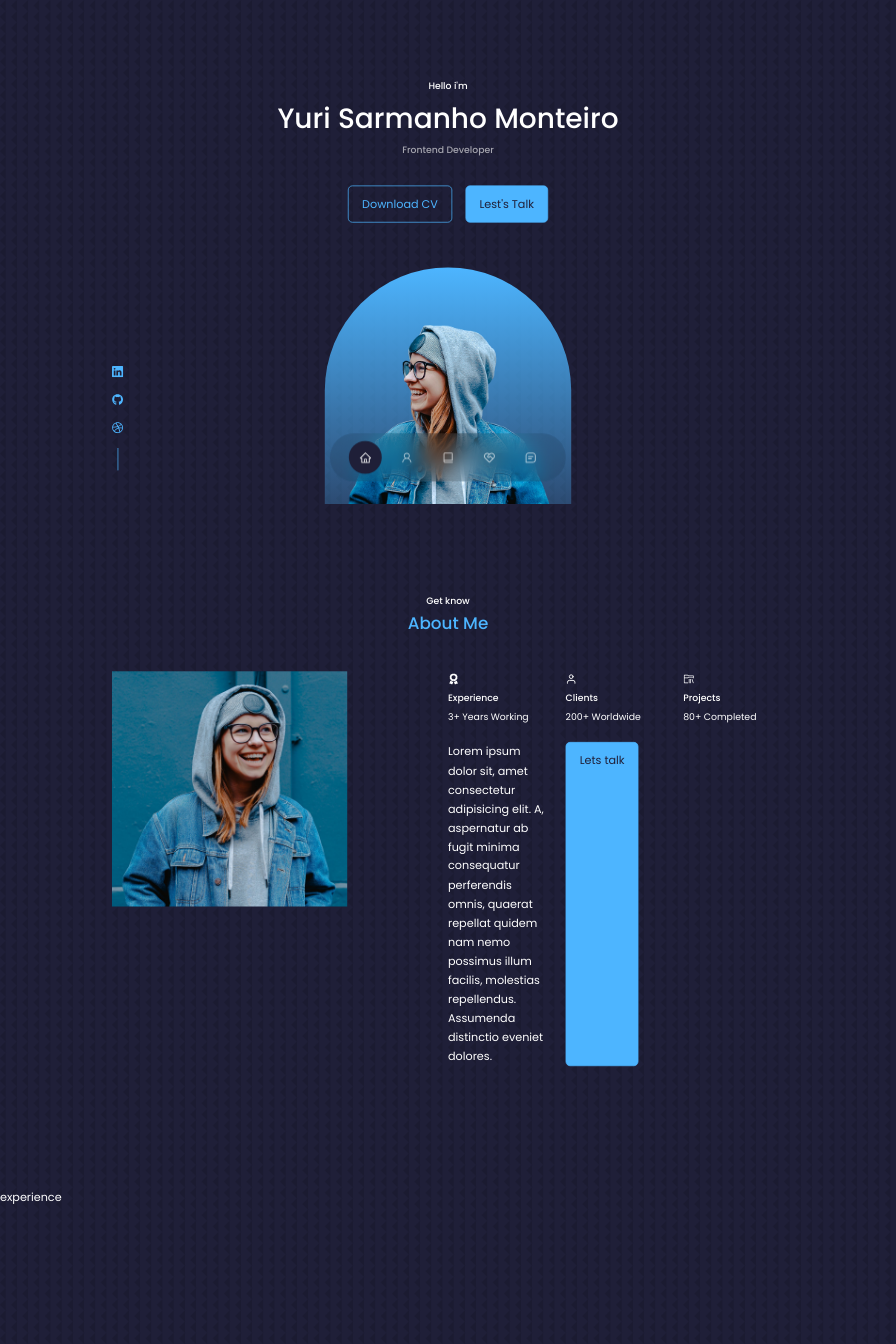
Repository: YuriSarmanho/Portifolio-
Page: / (app in portifolio/)
The author's editor kept a copy of each file at every save. The page is drawn from the files as they stood at one save, then again after a run of saves.
The browser window is 1280 px wide. The pictures show the part of the page from y = 0 to 1920 px (the page is 5835 px tall), at 70% of full size.
The project was rebuilt for these pictures with package versions that can differ from the ones it lists, and the page was loaded fresh each time. Also part of the build but not shown: portifolio/src/Components/Contact/Contact.css, portifolio/src/Components/Testimonials/Testimonials.css. Imported but missing from the stored project, and not drawn on this page: portifolio/src/assets/cv.pdf.

Above is the page before, as saved 2022-05-13 15:05:21.

### portifolio/public/index.html
<!DOCTYPE html>
<html lang="pt-br">
<head>
    <meta charset="UTF-8">
    <meta http-equiv="X-UA-Compatible" content="IE=edge">
    <meta name="viewport" content="width=device-width, initial-scale=1.0">
    <title>Yuri Sarmanho Monteiro</title>
</head>
<body>
    <div id="root"></div>
</body>
</html>

### portifolio/src/index.js
import ReactDOM from 'react-dom'
import App from './App'

ReactDOM.render(<App/>, document.querySelector("#root"))

### portifolio/src/App.jsx
import React from "react";
import './index.css'

import Header from "./Components/Header/Header";
import About from "./Components/About/About";
import Contact from "./Components/Contact/Contact";
import Experience from "./Components/Experience/Experience";
import Footer from "./Components/Footer/Footer";
import Nav from "./Components/Nav/Nav";
import Testimonials from "./Components/Testimonials/Testimonials";
import Service from "./Components/Service/Service";
import Portifolio from "./Components/Portifolio/Portifolio";



const App = () => {
  return (
    <>
      <Header />
      <Nav/>
      <About />
      <Experience/>
      <Service/>
      <Portifolio/>
      <Testimonials/>
      <Contact/>
      <Footer/>
    </>
  );
};

export default App;

### portifolio/src/index.css
@import url('https://fonts.googleapis.com/css2?family=Poppins:wght@300;400;500;600&display=swap');

* {
  margin: 0;
  padding: 0;
  border: 0;
  outline: 0;
  box-sizing: border-box;
  list-style: none;
  text-decoration: none;
}
:root {
  --color-bg: #1f1f38;
  --color-bg-variant: #2c2c6c;
  --color-primary: #4db5ff;
  --color-primary-variant: rgba(77, 181, 255, 0.4);
  --color-white: #fff;
  --color-light: rgba(255, 255, 255, 0.6);

  --transition: all 400ms ease;

  --container-width-lg: 75%;
  --container-width-md: 86%;
  --container-width-sm: 90%;
}
html {
  scroll-behavior: smooth;
}
::-webkit-scrollbar {
  display: none;
}

body {
  font-family: "Poppins", sans-serif;
  background-color: var(--color-bg);
  color: var(--color-white);
  line-height: 1.7;
  background-image: url(../src/assets/bg-texture.png);
}

.container {
  width: var(--container-width-lg);
  margin: 0 auto;
}

h1,
h2,
h3,
h4,
h5 {
  font-weight: 500;
}
h1 {
  font-size: 2.5rem;
}
section {
  margin-top: 8rem;
  height: 100vh;
}
section > h2,
section > h5 {
  text-align: center;
  color: var(--color-ligth);
}

section > h2 {
  color: var(--color-primary);
  margin-bottom: 3rem;
}

.text-light {
  color: var(--color-light);
}
a {
  color: var(--color-primary);
  transition: var(--transition);
}
a:hover{
    color: var(--color-white);
}
.btn{
    width: max-content;
    display: inline-block;
    color: var(--color-primary);
    padding: 0.75rem 1.2rem;
    border-radius: 0.4rem;
    cursor: pointer;
    border: 1px solid var(--color-primary);
    transition: var(--transition);
}

.btn:hover{
    background-color: var(--color-white);
    color: var(--color-bg);
    border: transparent;
}

.btn-primary{
    background-color: var(--color-primary);
    color: var(--color-bg);
}

img{
  display: block;
  width: 100%;
  object-fit: cover;
}

/*MEDIUM DEVICE*/
@media screen and (max-width:1024px){
    .container{
        width: var(--container-width-md);
    }
    section{
        margin-top: 6rem;
    }
}

/*SMALL DEVICE*/
@media screen and (max-width:600px){
    .container{
        width: var(--container-width-sm);
    }
    section > h2{
        margin-bottom: 2rem;
    }
}

### portifolio/src/Components/Header/Header.jsx
import React from 'react'
import CTA from './CTA'
import ME from '../../assets/me.png'
import HeaderSocials from './HeaderSocials'
import './Header.css'

const header = () => {
  return (
    <header>
      <div className="container header__container">
        <h5>Hello i'm</h5>
        <h1>Yuri Sarmanho Monteiro</h1>
        <h5 className="text-light">Frontend Developer</h5>
        <CTA />
        <HeaderSocials/>
        <div className="me">
          <img src={ME} alt="foto de perfil" />
        </div>
      </div>
    </header>
  )
}

export default header

### portifolio/src/Components/About/About.jsx
import React from "react";
import ME from "../../assets/me-about.jpg";
import { FaAward } from "react-icons/fa";
import { FiUser } from "react-icons/fi";
import { VscFolderLibrary } from "react-icons/vsc";
import "./About.css";

const About = () => {
  return (
    //refactor
    <section id="about">
      <h5>Get know</h5>
      <h2>About Me</h2>

      <div className="container about__container">
        <div className="about__me">
          <div className="about__me-image">
            <img src={ME} alt="minha foto" />
          </div>
        </div>

        <div className="about__content">
          <div className="about__cards">
            <article className="about__card">
              <FaAward className="about__icon" />
              <h5>Experience</h5>
              <small>3+ Years Working</small>
            </article>

            <article className="about__card">
              <FiUser className="about__icon" />
              <h5>Clients</h5>
              <small>200+ Worldwide</small>
            </article>

            <article className="about__card">
              <VscFolderLibrary className="about__icon" />
              <h5>Projects</h5>
              <small>80+ Completed</small>
            </article>
            <p>
              Lorem ipsum dolor sit, amet consectetur adipisicing elit. A,
              aspernatur ab fugit minima consequatur perferendis omnis, quaerat
              repellat quidem nam nemo possimus illum facilis, molestias
              repellendus. Assumenda distinctio eveniet dolores.
            </p>
            <a href="#contact" className="btn btn-primary">
              Lets talk
            </a>
          </div>
        </div>
      </div>
    </section>
  );
};

export default About;

### portifolio/src/Components/Contact/Contact.jsx
import React from 'react'
import './Contact.css'
const Contact = () => {
  return (
    <section id='contact'>Contact</section>
  )
}

export default Contact

### portifolio/src/Components/Experience/Experience.jsx
import React from 'react'

const experience = () => {
  return (
    <section id='experience'>experience</section>
  )
}

export default experience

### portifolio/src/Components/Nav/Nav.jsx
import React, { useState } from "react";
import { AiOutlineHome } from "react-icons/ai";
import { AiOutlineUser } from "react-icons/ai";
import { BiBookAlt } from "react-icons/bi";
import { RiServiceLine } from "react-icons/ri";
import { BiMessageSquareDetail } from "react-icons/bi";
import "./Nav.css";

const Nav = () => {
  const [activeNav, setActiveNav] = useState("#");
  //Refatorar essa parte dps que acabar o projeto
  return (
    <nav>
      <a
        href="#"
        onClick={() => setActiveNav("#")}
        className={activeNav === "#" ? "active" : ""}
      >
        <AiOutlineHome />
      </a>
      <a
        href="#about"
        onClick={() => setActiveNav("#about")}
        className={activeNav === "#about" ? "active" : ""}
      >
        <AiOutlineUser />
      </a>
      <a
        href="#experience"
        onClick={() => setActiveNav("#experience")}
        className={activeNav === "#experience" ? "active" : ""}
      >
        <BiBookAlt />
      </a>
      <a
        href="#service"
        onClick={() => setActiveNav("#service")}
        className={activeNav === "#service" ? "active" : ""}
      >
        <RiServiceLine />
      </a>
      <a
        href="#contact"
        onClick={() => setActiveNav("#contact")}
        className={activeNav === "#contact" ? "active" : ""}
      >
        <BiMessageSquareDetail />
      </a>
    </nav>
  );
};

export default Nav;

### portifolio/src/Components/Testimonials/Testimonials.jsx
import React from 'react'
import './Testimonials.css'
const Testimonials = () => {
  return (
    <section id='testimonials'>Testimonials</section>
  )
}

export default Testimonials

### portifolio/src/Components/Service/Service.jsx
import React from 'react'

const Service = () => {
  return (
    <section id='service'>Service</section>
  )
}

export default Service

### portifolio/src/Components/Portifolio/Portifolio.jsx
import React from 'react'
import './Portifolio.css'
const Portifolio = () => {
  return (
    <section>Portifolio</section>
  )
}

export default Portifolio

### portifolio/src/Components/Header/CTA.jsx
import React from 'react'
import CV from '../../assets/cv.pdf'
const CTA = () => {
  return (
    <div className="cta">
        <a href={CV} download className='btn'>Download CV</a>
        <a href='#contact' className='btn btn-primary'>Lest's Talk</a>
    </div>
  )
}

export default CTA

### portifolio/src/Components/Header/HeaderSocials.jsx
import React from 'react'
import {BsLinkedin} from 'react-icons/bs'
import {FaGithub} from 'react-icons/fa'
import {FaDribbble} from 'react-icons/fa'
import './Header.css'

const HeaderSocials  = () => {
  return (
      <div className="header__socials">
          <a href="http://linkedin.com" target="_blank"><BsLinkedin/></a>
          <a href="http://github.com" target="_blank"><FaGithub/></a>
          <a href="http://dribbble.com" target="_blank"><FaDribbble/></a>
      </div>
  )
}

export default HeaderSocials

### portifolio/src/Components/Header/Header.css
header {
  height: 100vh;
  padding-top: 7rem;
  overflow: hidden;
}

.header__container {
  text-align: center;
  height: 100%;
  position: relative;
}

.cta {
  margin-top: 2.5rem;
  display: flex;
  gap: 1.2rem;
  justify-content: center;
}
.header__socials {
  display: flex;
  flex-direction: column;
  align-items: center;
  gap: 0.8rem;
  position: absolute;
  left: 0;
  bottom: 3rem;
}

.header__socials::after {
  content: "";
  width: 1px;
  height: 2rem;
  background-color: var(--color-primary);
}

.me {
  background: linear-gradient(var(--color-primary), transparent);
  width: 22rem;
  height: 30rem;
  position: absolute;
  left: calc(50% - 11rem);
  margin-top: 4rem;
  border-radius: 12rem 12rem 0 0;
  overflow: hidden;
  padding: 5rem 1.5rem 1.5rem 1.5rem;
}

.scroll__down {
  position: absolute;
  right: -2.3rem;
  bottom: 5rem;
  transform: rotate(90deg);
  font-weight: 300;
  font-size: 0.9rem;
}

/*MEDIUM DEVICE*/
@media screen and (max-width: 1024px) {
  header {
    height: 68vh;
  }
}

/*SMALL DEVICE*/
@media screen and (max-width: 600px) {
  header {
    height: 100vh;
  }
  .header__socials,
  .scroll__down {
    display: none;
  }
}

### portifolio/src/Components/About/About.css
.about__container {
  display: grid;
  grid-template-columns: 35% 50%;
  gap: 15%;
}

.about__me {
  width: 100%;
  aspect-ratio: 1/1;
  border-radius: 2rem;
  background: linear-gradient(
    45deg,
    transparent,
    var(--color-primary),
    transparent
  );
  display: grid;
  place-content: center;
}

.aboutme__me-image {
  border-radius: 2rem;
  overflow: hidden;
  transform: rotate(10deg);
  transition: var(--transition);
}

.about__me-image:hover {
  transform: rotate(0);
}
.about__cards {
  display: grid;
  grid-template-columns: repeat(3, 1fr);
  gap: 1.5rem;
}

.about__card {
}

### portifolio/src/Components/Nav/Nav.css
nav {
  background-color: rgba(0, 0, 0, 0.1);
  width: max-content;
  display: block;
  padding: 0.7rem 1.7rem;
  z-index: 2;
  position: fixed;
  left: 50%;
  transform: translate(-50%);
  bottom: 2rem;
  display: flex;
  gap: 0.8rem;
  border-radius: 3rem;
  backdrop-filter: blur(15px);
}

nav a {
  background: transparent;
  padding: 0.9rem;
  border-radius: 50%;
  display: flex;
  color: var(--color-light);
  font-size: 1.1rem;
}

nav a:hover {
  background-color: rgba(0, 0, 0, 0.3);
}

nav a.active {
  background: var(--color-bg);
  color: var(--color-white);
}

Loaded but not shown: portifolio/src/Components/Footer/Footer.jsx (common file); portifolio/src/Components/Portifolio/Portifolio.css (no stored copy; drawn as an empty file)

After the next 5 saves:
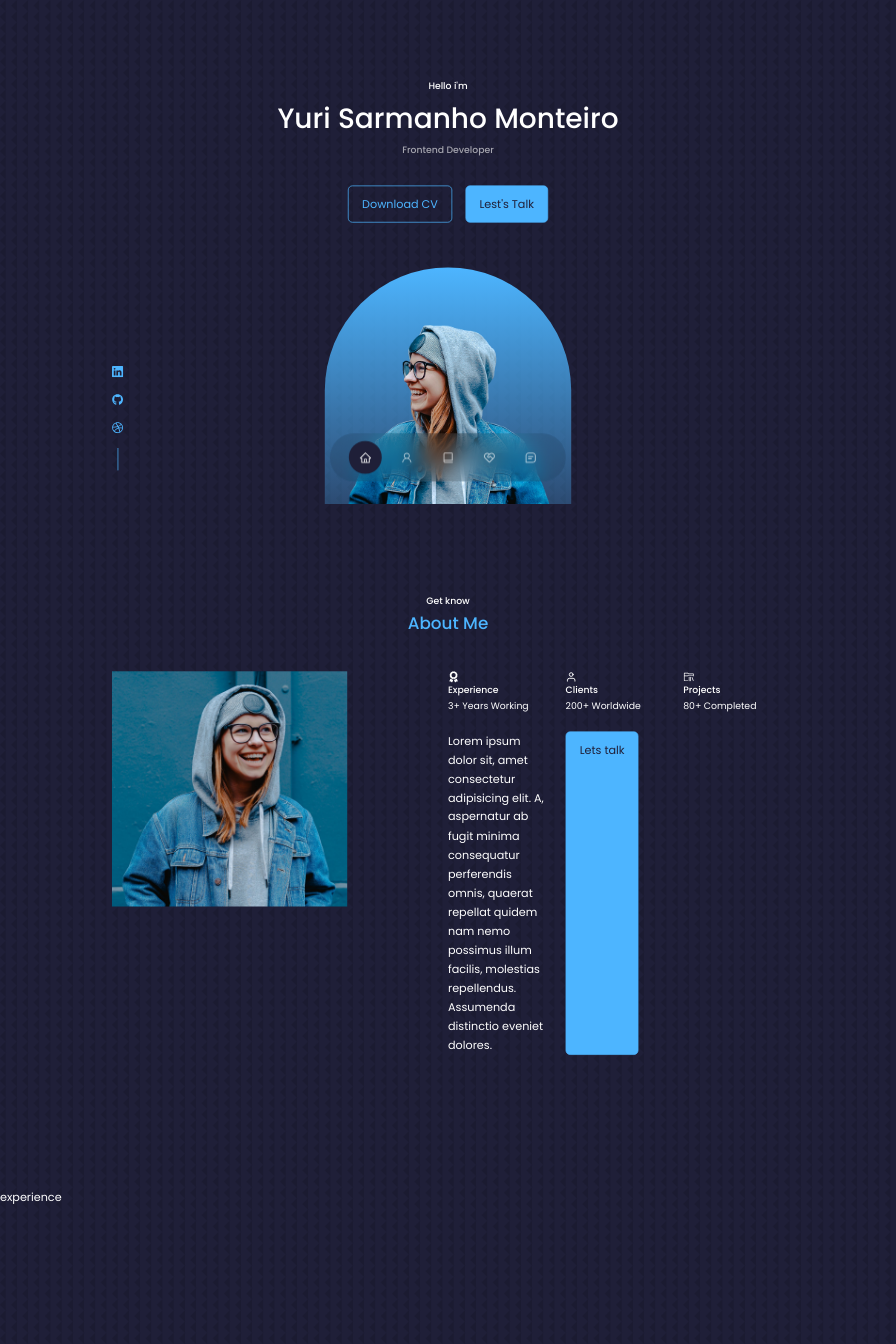
The 5 saves are shown as one change because they came seconds apart.
The last was saved 113 s later.
--- a/portifolio/src/Components/About/About.css
+++ b/portifolio/src/Components/About/About.css
@@ -35,4 +35,6 @@
 }
 
 .about__card {
+    display: grid;
+    ;
 }

After the 3 saves that followed:
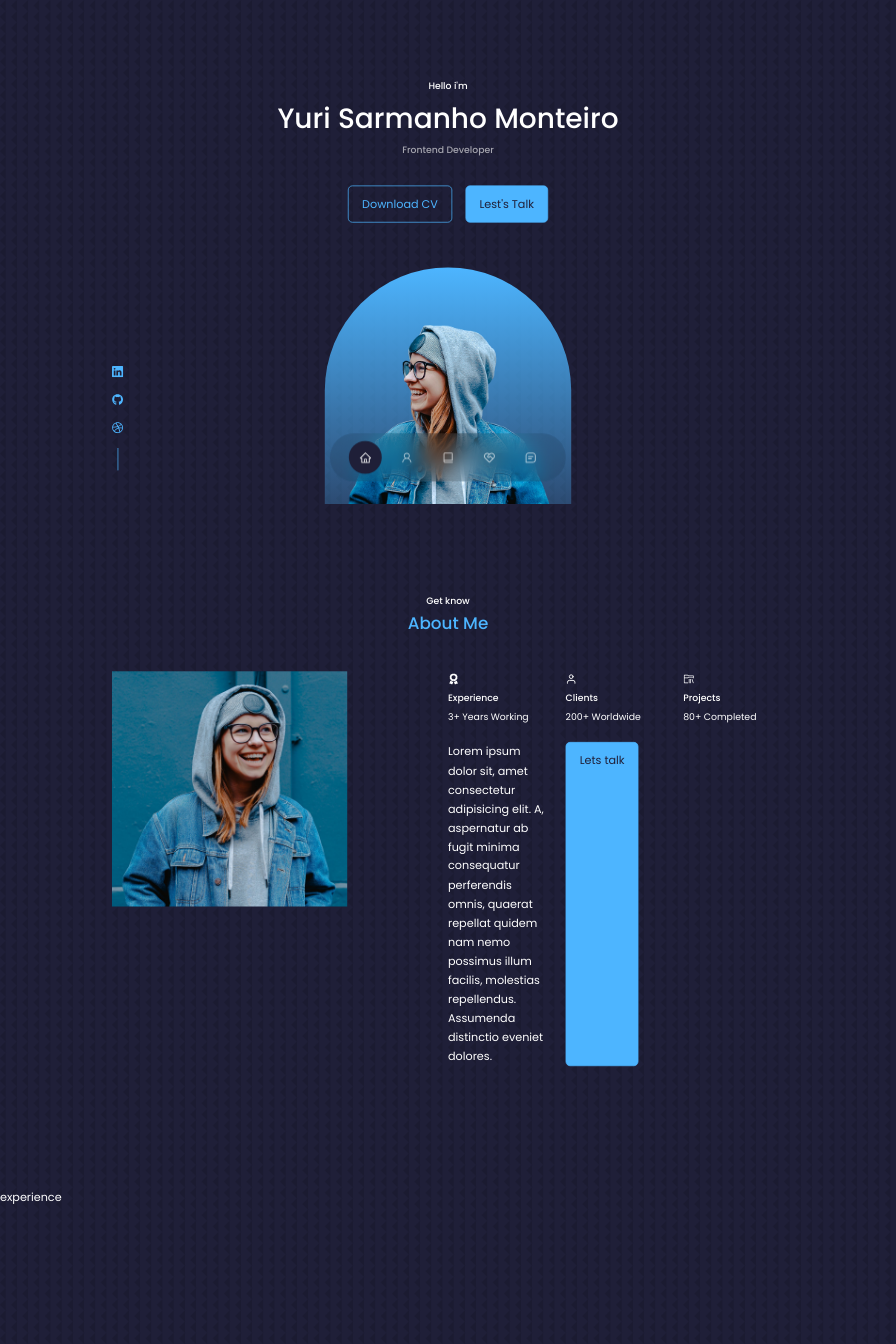
The 3 saves are shown as one change because they came seconds apart.
The last was saved 17 s later.
--- a/portifolio/src/Components/About/About.css
+++ b/portifolio/src/Components/About/About.css
@@ -35,6 +35,5 @@
 }
 
 .about__card {
-    display: grid;
-    ;
+    background: ;
 }
